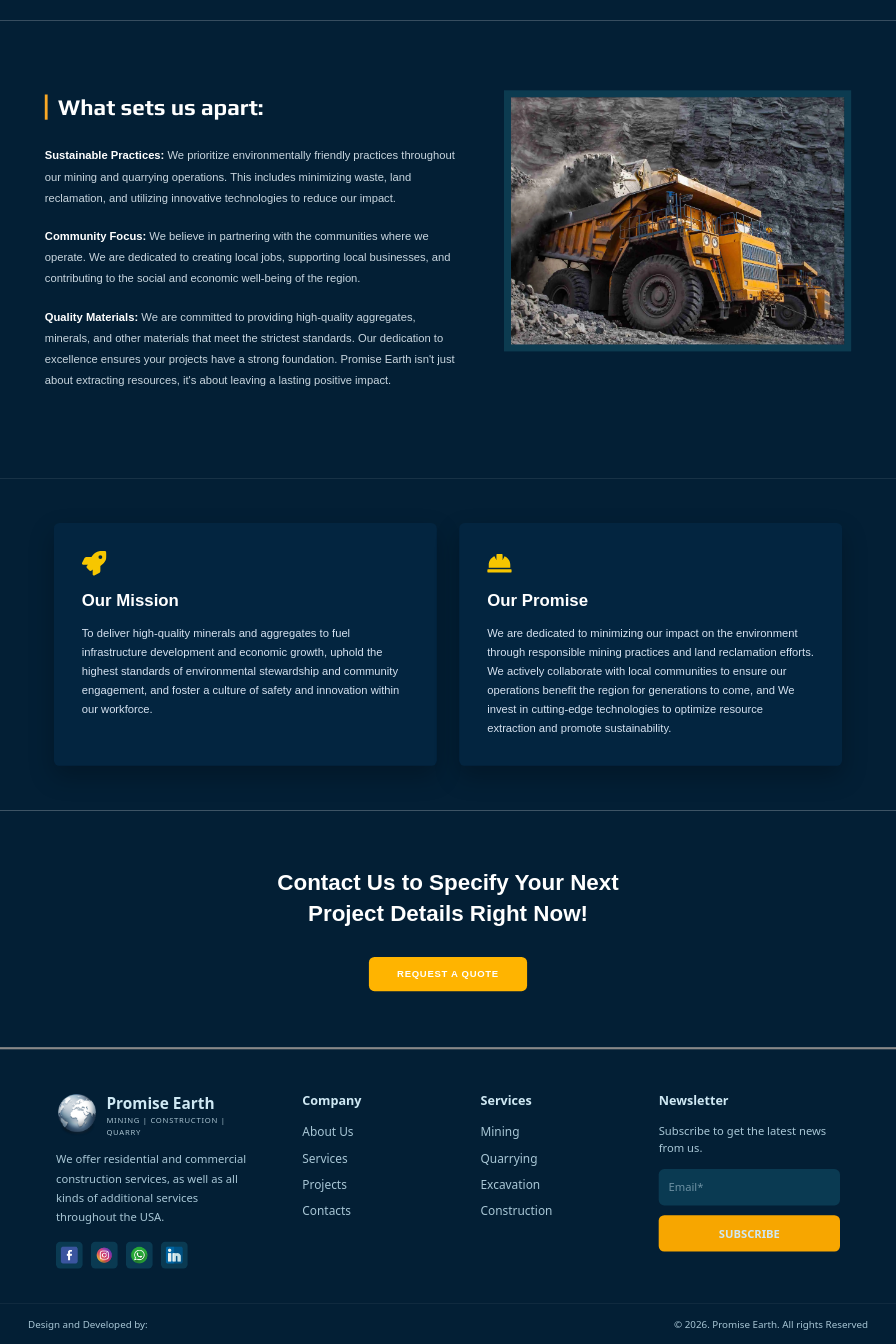
Repository: KC-Minchakpu/promise-earth
Page: /AboutUs
The author's editor kept a copy of each file at every save. The page is drawn from the files as they stood at one save, then again after the next save.
The browser window is 1280 px wide. The pictures show the part of the page from y = 1480 to 3400 px (the page is 3400 px tall), at 70% of full size.
The project was rebuilt for these pictures with package versions that can differ from the ones it lists, and the page was loaded fresh each time. The framework's server and built-in components were replaced by stand-ins that run in the browser. Also part of the build but not shown: next.config.ts.

Above is the page before, as saved 2026-02-27 12:59:11.

After the next save:
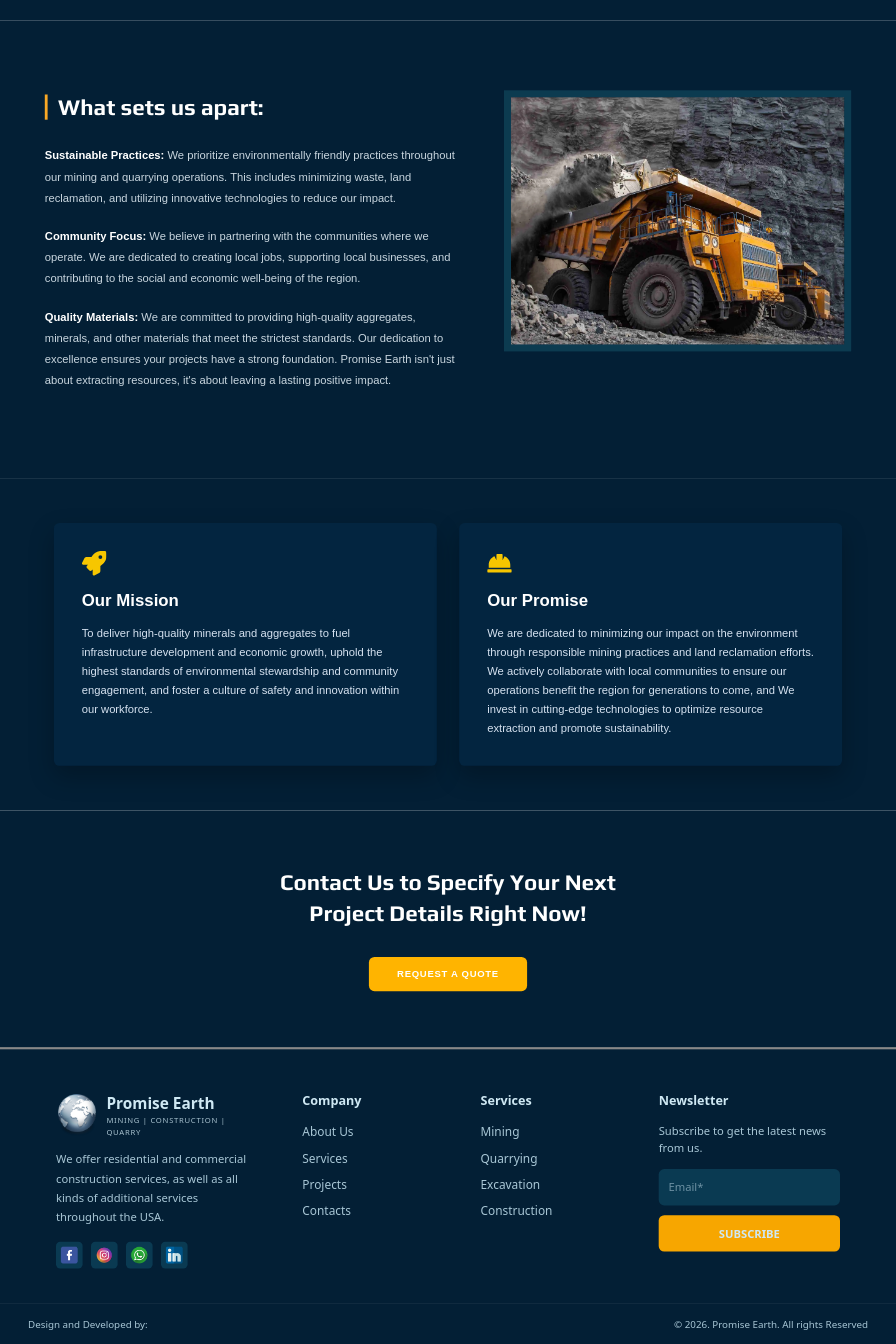
Saved 51 s later.
--- a/src/components/About/CallToAction.module.css
+++ b/src/components/About/CallToAction.module.css
@@ -6,8 +6,8 @@
 
 .heading {
   font-size: 2rem;
-  font-weight: 800;
-  font-family: "Play" sans-serif;
+  font-weight: 700;
+  font-family: "Play", sans-serif;
   color: #ffffff;
   line-height: 1.4;
   margin-bottom: 2.5rem;
